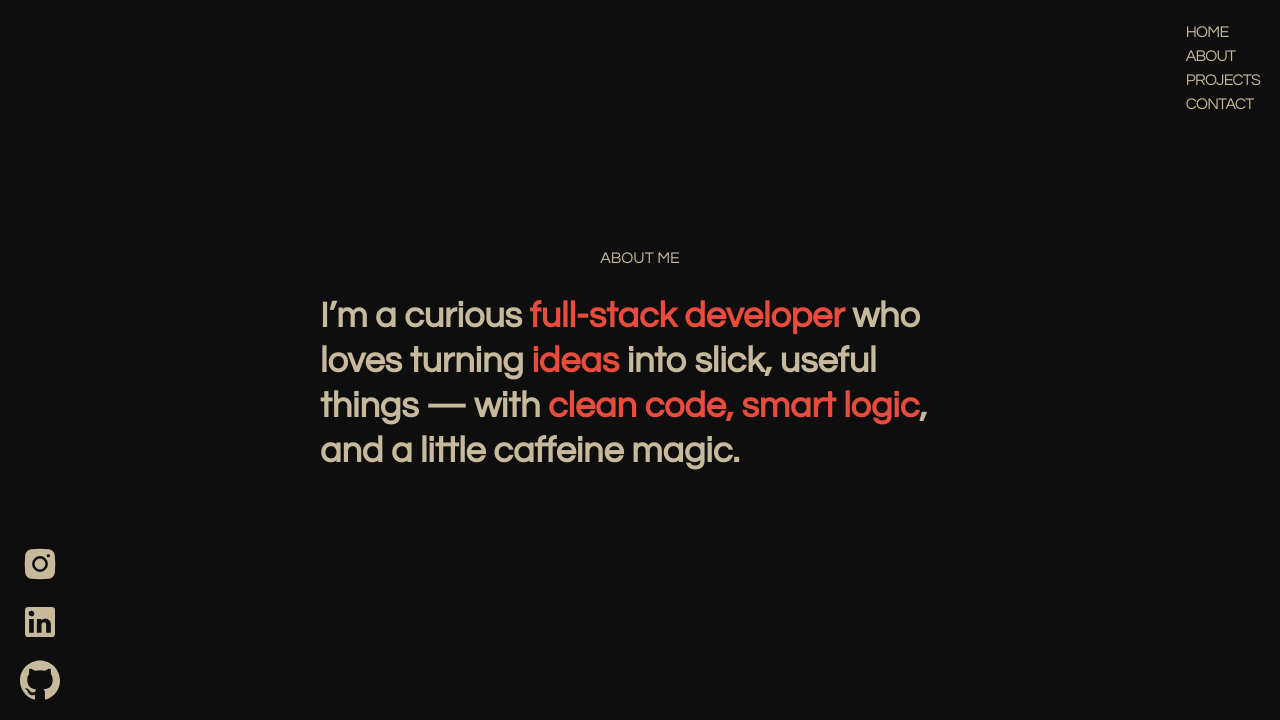
Repository: divyamGNH/DivyamPF
Page: /about
An editor plug-in stored every save of this project. The page is shown before and after the next save, followed by the edit.
The browser window is 1280 px wide. The pictures show the whole page.
The project was rebuilt for these pictures with package versions that can differ from the ones it lists, and the page was loaded fresh each time. Also part of the build but not shown: vite.config.js, src/App.css, src/components/MaskLayer.jsx, src/pages/Landing.jsx, src/pages/Footer.jsx, src/pages/TopProjects.jsx, src/animations/ScrolltoAnimate.jsx, src/pages/Home.jsx and 2 more.

Above is the page before, as saved 2025-12-20 17:17:47.

After the next save:
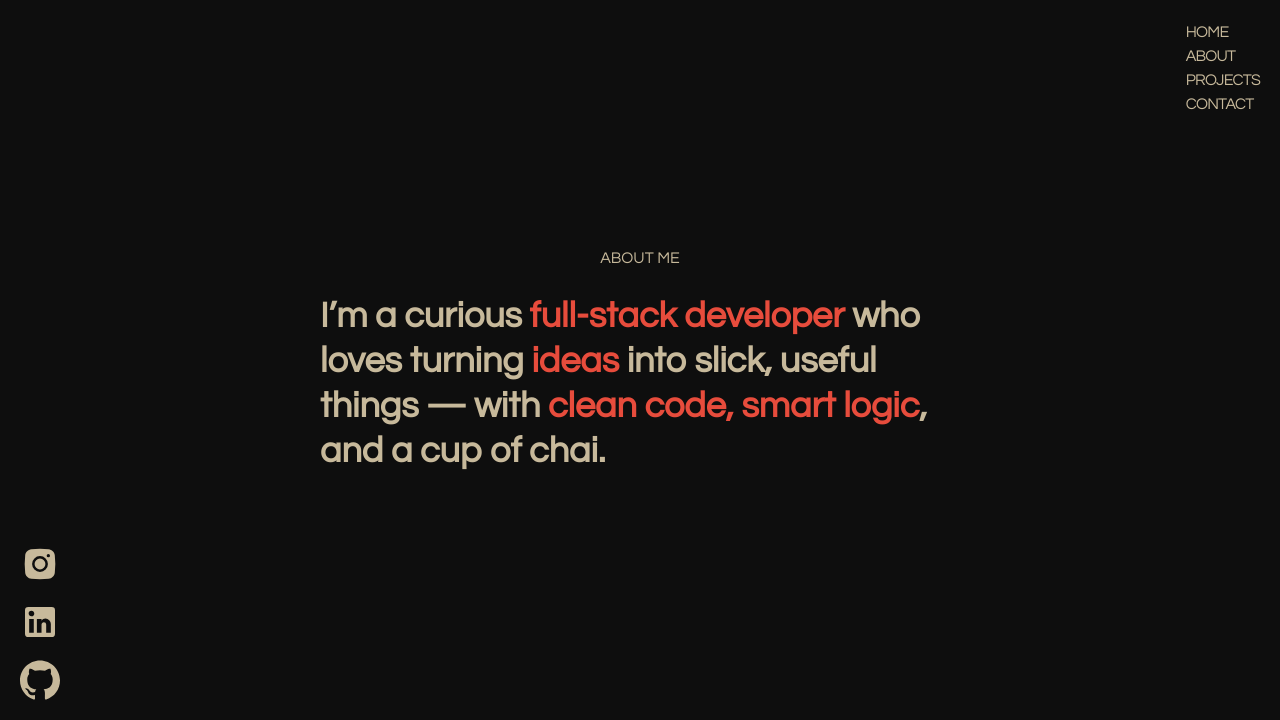
Saved 4 h 23 min later.
--- a/src/pages/AboutLanding.jsx
+++ b/src/pages/AboutLanding.jsx
@@ -91,7 +91,7 @@
           <span className="text-[#E74C3C]">ideas</span>{" "}
           into slick, useful things — with{" "}
           <span className="text-[#E74C3C]">clean code, smart logic</span>,
-          and a little caffeine magic.
+          and a cup of chai.
         </p>
       </div>
     </div>
